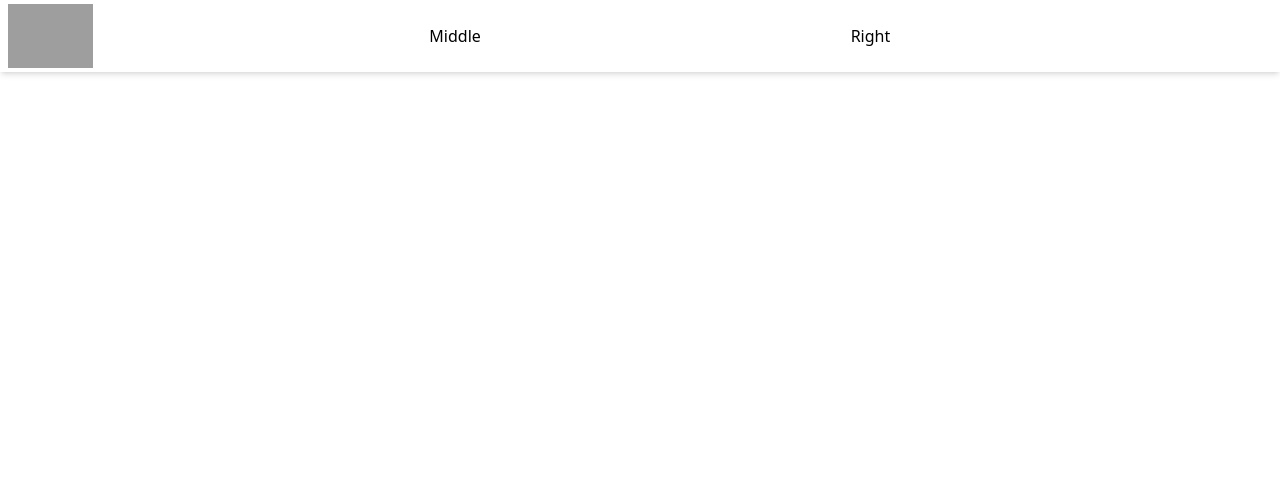
Repository: BroDudeeee/Airbnb-Clone
Page: /
The author's editor kept a copy of each file at every save. The page is drawn from the files as they stood at one save, then again after the next save.
The browser window is 1280 px wide. The pictures show the whole page.
Pictures or frames that could not be fetched are drawn as grey boxes. The project was rebuilt for these pictures with package versions that can differ from the ones it lists, and the page was loaded fresh each time. The framework's server and built-in components were replaced by stand-ins that run in the browser. Also part of the build but not shown: next.config.js.

Above is the page before, as saved 2022-06-20 19:36:35.

After the next save:
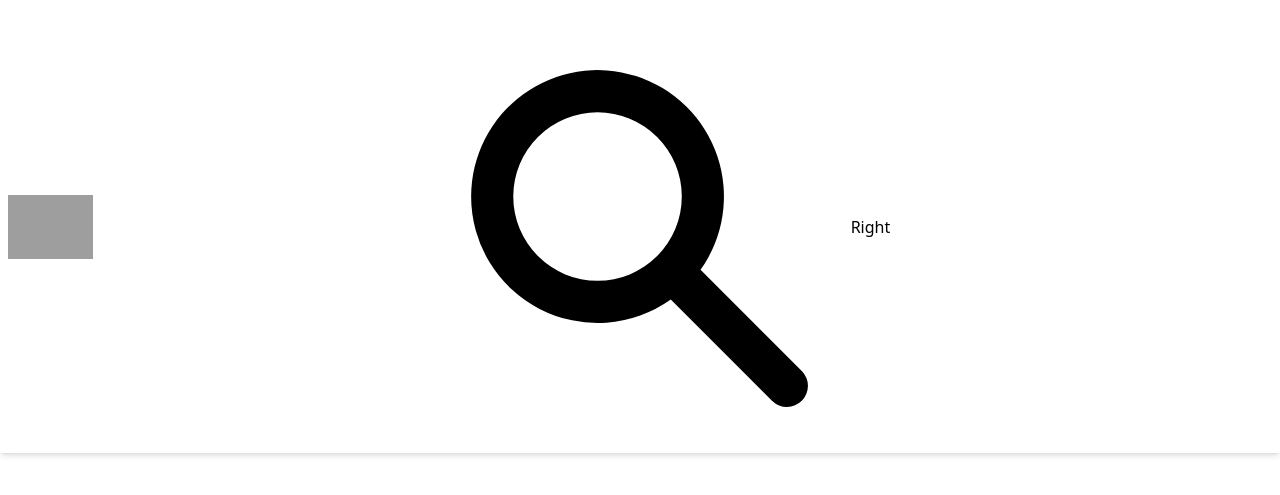
Saved 56 s later.
--- a/components/Header.js
+++ b/components/Header.js
@@ -1,4 +1,5 @@
 import Image from 'next/image'
+import { SearchIcon } from '@heroicons/react/solid'
 
 const Header = () => {
   return (
@@ -14,7 +15,10 @@ const Header = () => {
       </div>
 
       {/* Middle */}
-      <div>Middle</div>
+      <div>
+        <input type="text" />
+        <SearchIcon />
+      </div>
 
       {/* Right */}
       <div>Right</div>
